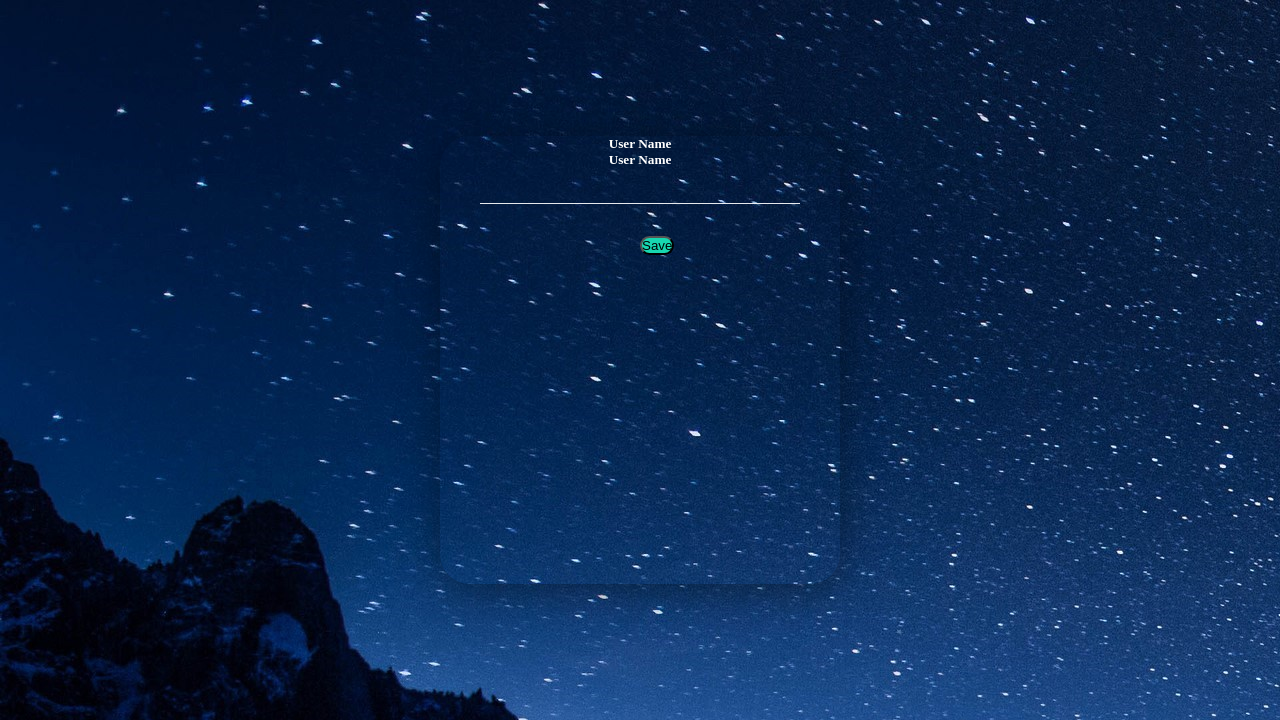
Repository: rkrukshan/Glass_Login_CSS
Page: login.html
An editor plug-in stored every save of this project. The page is shown before and after a run of saves, followed by the edit.
The browser window is 1280 px wide. The pictures show the whole page.

Above is the page before, as saved 2023-10-03 20:16:51.

### login.html
<!DOCTYPE html>
<html lang="en">

<head>
    <style>
        * {
            margin: 0;
            padding: 0;
            box-sizing: border-box;
            cursor: pointer;
        }

        body {
            height: 100vh;
            width: 100%;
            display: flex;
            justify-content: center;
            align-items: center;
        }

        form {
            width: 25rem;
            height: 28rem;
            flex-direction: column;
            background: rgba(91, 209, 255, 0.06);
            box-shadow: 0 8px 41px 0 rgba(0, 0, 0, 0.37);
            border-radius: 30px;
            border-left: 1px solid rgba(red, green, blue, .3);
            border-top: 1px solid rgba(red, green, blue, .3);
            background: transparent;
            border: solid 1px rgb(black)
        }

        input {
            width: 80%;
            margin: 5% auto;
            margin-bottom: 8%;
            border: none;
            outline: none;
            background: transparent;
            color: white;
            border-bottom: 1px solid rgb(255, 255, 255);
            opacity: .9;
        }

        button {
            background-color: rgb(23, 214, 176);
            position: absolute;
            align-items: center;
            border-radius:50px;

        }
    </style>
    <meta charset="UTF-8">
    <meta name="viewport" content="width=device-width, initial-scale=1.0">
    <title>Document</title>
</head>

<body style="background-image: url(images/2.jpg);">
    <form action="">
        <center>
            <center><label for="" style="color:white">
                    <h5><strong>User Name</strong></h5>
                </label></center>

                <center><label for="" style="color:white">
                    <h5><strong>User Name</strong></h5>
                </label></center>
            <input type="text">
            <br>
            <button>Save</button>
        </center>
    </form>
</body>

</html>

After the next 5 saves:
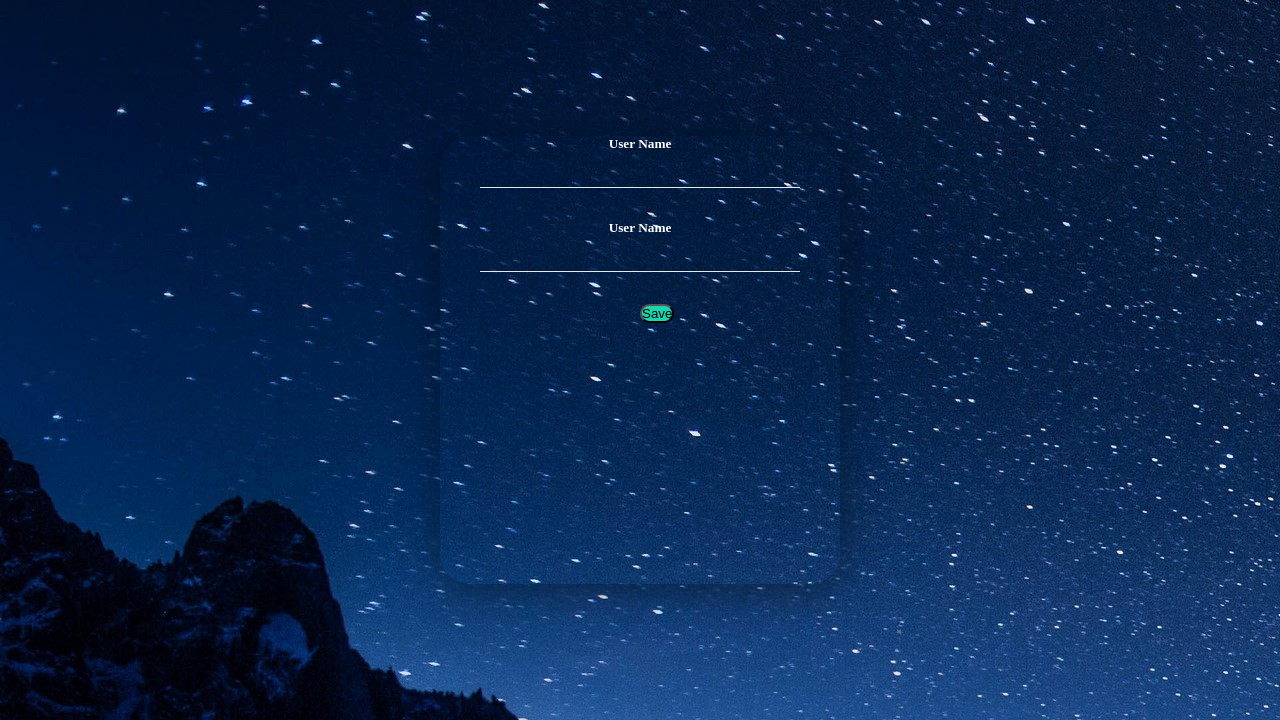
The 5 saves are shown as one change because they came seconds apart.
The last was saved 19 s later.
--- a/login.html
+++ b/login.html
@@ -61,7 +61,9 @@
         <center>
             <center><label for="" style="color:white">
                     <h5><strong>User Name</strong></h5>
-                </label></center>
+                </label>
+            <input type="text">
+            </center>
 
                 <center><label for="" style="color:white">
                     <h5><strong>User Name</strong></h5>
